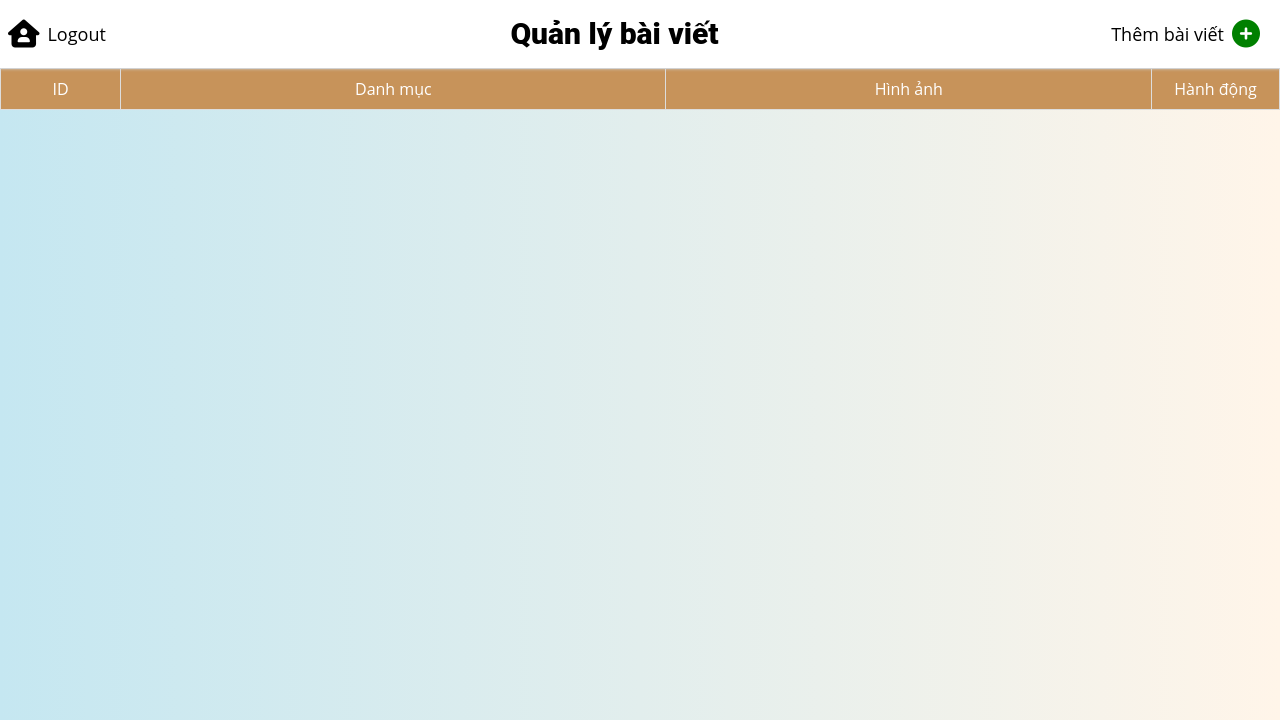
Repository: ThangNguyenT5/phpDavang
Page: http://localhost/admin/admin.php
These files come from the project's save history. The page is drawn as it stood at one moment and after the next save; the edit follows.
The browser window is 1280 px wide. The pictures show the whole page.
Some web libraries are served in a nearby version. The page is run by PHP 8.4 with error messages shown; the project is at /var/www/html/. Queries for data that is not in the repository find no rows.

Above is the page before, as saved 2023-06-24 15:13:34.

After the next save:
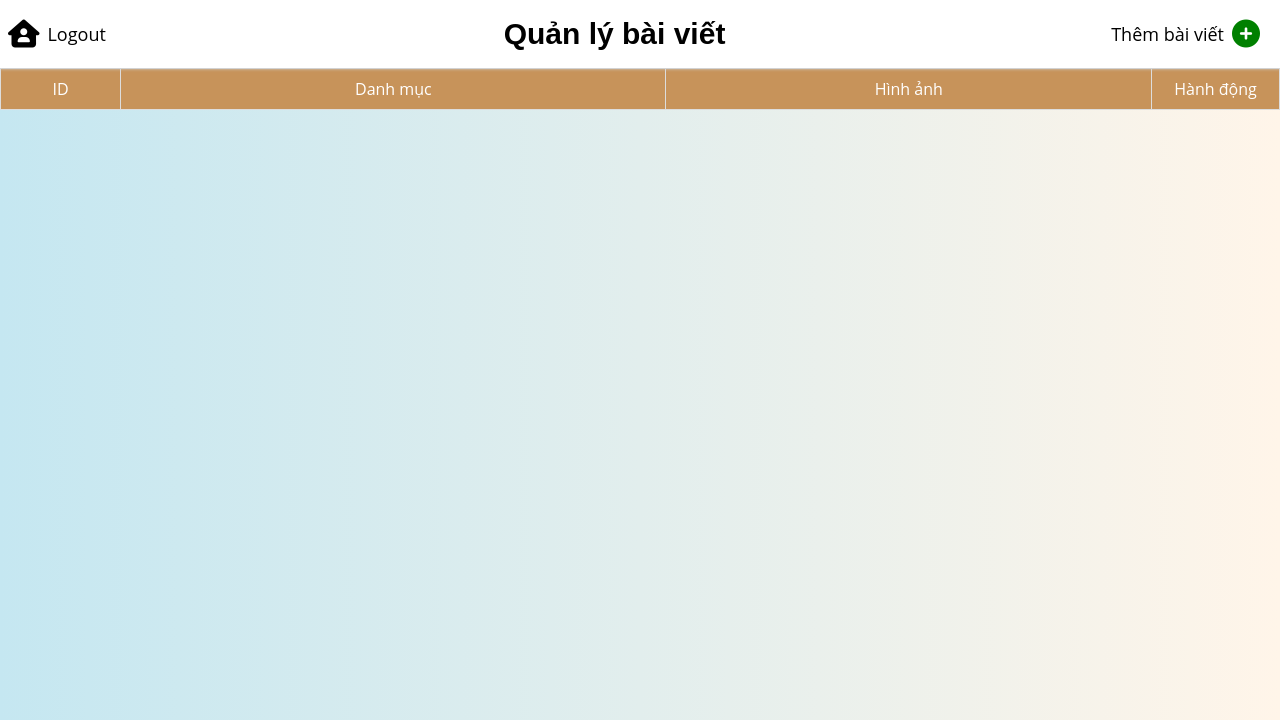
Saved 14 s later.
--- a/assets/css/main_admin.css
+++ b/assets/css/main_admin.css
@@ -28,7 +28,7 @@ html {
     color: #000;
     font-size: 30px;
     font-weight: 800;
-    font-family: 'Roboto', sans-serif;
+    font-family: sans-serif;
 }
 
 .create {
